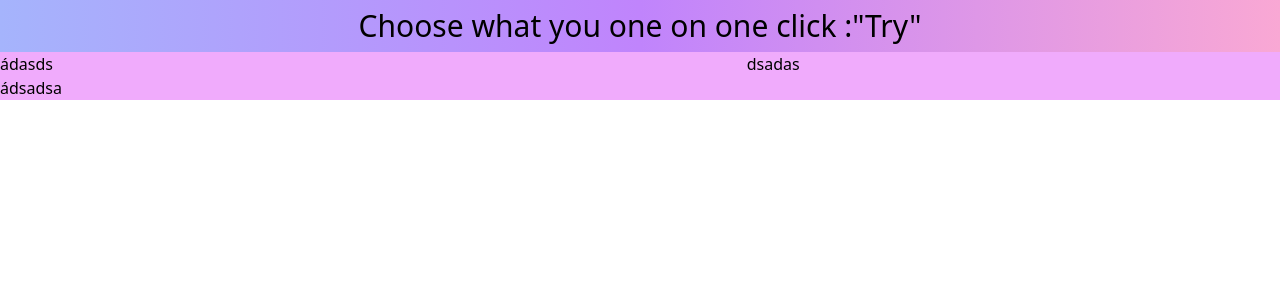
Repository: NguyenVietPhuQuy/ReactJs-TailWind-Redux-FunctionHook-ModelDesign
Page: / (app in modeldesign/)
An editor plug-in stored every save of this project. The page is shown before and after the next save, followed by the edit.
The browser window is 1280 px wide. The pictures show the whole page.
The project was rebuilt for these pictures with package versions that can differ from the ones it lists, and the page was loaded fresh each time. Also part of the build but not shown: modeldesign/src/App.css.

Above is the page before, as saved 2022-11-17 10:30:05.

### modeldesign/src/index.js
import React from 'react';
import ReactDOM from 'react-dom/client';
import './index.css';
import App from './App';
import reportWebVitals from './reportWebVitals';
import {Provider} from 'react-redux'
import store from './Components/Reducer/Store'
const root = ReactDOM.createRoot(document.getElementById('root'));
root.render(
  <React.StrictMode>
    <Provider store ={store}>
    <App />
    </Provider>
  </React.StrictMode>
);

// If you want to start measuring performance in your app, pass a function
// to log results (for example: reportWebVitals(console.log))
// or send to an analytics endpoint. Learn more: https://bit.ly/CRA-vitals
reportWebVitals();

### modeldesign/src/App.js
import './App.css';
import Home from './Components/Home.js'
function App() {
  return (
    <div>
      <Home/>
    </div>
  );
}

export default App;

### modeldesign/src/Components/Reducer/Store.js
import {createStore} from "redux"
import rootReducer from "./RootReducer"

const store = createStore(rootReducer,window.__REDUX_DEVTOOLS_EXTENSION__ && window.__REDUX_DEVTOOLS_EXTENSION__())
export default store

### modeldesign/src/Components/Home.js
import React from "react";
import Header from './Header.js'
import Category from "./Category.js";
import ProductList from "./ProductList.js";
import Model from "./Model.js";
function Home() {
    return (
        <div className="container mx-auto relative bg-fuchsia-300">
            <section className=
            " bg-gradient-to-r from-indigo-300 via-purple-400 to-pink-300 w-full ring-2 ring-transparent">
                    <Header/>
            </section>
            <section className="main flex flex-row">
                <div className="basis-7/12">
                    <Category/>
                    <ProductList/>
                </div>
                <div className="basis-5/12">
                    <Model />
                </div>
            </section>
        </div>
    )
}
export default Home

### modeldesign/src/Components/Reducer/RootReducer.js
import { combineReducers } from "redux";
import ProductReducer from './ProductReducer'

const rootReducer = combineReducers({
    products: ProductReducer,

})

export default rootReducer

### modeldesign/src/Components/Header.js
import React from "react";
function Header(){
    return (
        <div className="text-center text-3xl p-2">
            Choose what you one on one click :"Try"
        </div>
    )
}
export default Header

### modeldesign/src/Components/Category.js
import React from "react";
function Category(){
    return(<div>
        ádasds
    </div>)
}
export default Category

### modeldesign/src/Components/ProductList.js
import React from "react";
function ProductList(){
    return(<div>
ádsadsa
    </div>)
}
export default ProductList

### modeldesign/src/Components/Model.js
import React from "react";
function Model(){
    return(<div>
        dsadas
    </div>)
}
export default Model

### modeldesign/src/Components/Reducer/ProductReducer.js

const initialState = {
    product: [{
        id: 'topcloth_1',
        type: "topclothes",
        name: "Top Cloth 1",
        desc: "Lorem ipsum dolor, sit amet consectetur adipisicing elit. Aliquid, nulla.",
        imgSrc_jpg: 'images/clothes/topcloth1_show.jpg',
        imgSrc_png: 'images/clothes/topcloth1.png',
    },
    {
        id: 'topcloth_2',
        type: "topclothes",
        name: "Top Cloth 2",
        desc: "Lorem ipsum dolor, sit amet consectetur adipisicing elit. Aliquid, nulla.",
        imgSrc_jpg: 'images/clothes/topcloth2_show.jpg',
        imgSrc_png: 'images/clothes/topcloth2.png',
    },
    {
        id: 'topcloth_3',
        type: "topclothes",
        name: "Top Cloth 3",
        desc: "Lorem ipsum dolor, sit amet consectetur adipisicing elit. Aliquid, nulla.",
        imgSrc_jpg: 'images/clothes/topcloth3_show.jpg',
        imgSrc_png: 'images/clothes/topcloth3.png',
    },
    {
        id: 'topcloth_4',
        type: "topclothes",
        name: "Top Cloth 4",
        desc: "Lorem ipsum dolor, sit amet consectetur adipisicing elit. Aliquid, nulla.",
        imgSrc_jpg: 'images/clothes/topcloth4_show.jpg',
        imgSrc_png: 'images/clothes/topcloth4.png',
    },
    {
        id: 'topcloth_5',
        type: "topclothes",
        name: "Top Cloth 5",
        desc: "Lorem ipsum dolor, sit amet consectetur adipisicing elit. Aliquid, nulla.",
        imgSrc_jpg: 'images/clothes/topcloth5_show.jpg',
        imgSrc_png: 'images/clothes/topcloth5.png',
    },
    {
        id: 'topcloth_6',
        type: "topclothes",
        name: "Top Cloth ",
        desc: "Lorem ipsum dolor, sit amet consectetur adipisicing elit. Aliquid, nulla.",
        imgSrc_jpg: 'images/clothes/topcloth6_show.jpg',
        imgSrc_png: 'images/clothes/topcloth6.png',
    },

    // Both clothes
    {
        id: 'botcloth_1',
        type: "botclothes",
        name: "Bot Cloth 1",
        desc: "Lorem ipsum dolor, sit amet consectetur adipisicing elit. Aliquid, nulla.",
        imgSrc_jpg: 'images/clothes/botcloth1_show.jpg',
        imgSrc_png: 'images/clothes/botcloth1.png',
    },
    {
        id: 'botcloth_2',
        type: "botclothes",
        name: "Bot Cloth 2",
        desc: "Lorem ipsum dolor, sit amet consectetur adipisicing elit. Aliquid, nulla.",
        imgSrc_jpg: 'images/clothes/botcloth2_show.jpg',
        imgSrc_png: 'images/clothes/botcloth2.png',
    },
    {
        id: 'botcloth_3',
        type: "botclothes",
        name: "Bot Cloth 3",
        desc: "Lorem ipsum dolor, sit amet consectetur adipisicing elit. Aliquid, nulla.",
        imgSrc_jpg: 'images/clothes/botcloth3_show.jpg',
        imgSrc_png: 'images/clothes/botcloth3.png',
    },
    {
        id: 'botcloth_4',
        type: "botclothes",
        name: "Bot Cloth 4",
        desc: "Lorem ipsum dolor, sit amet consectetur adipisicing elit. Aliquid, nulla.",
        imgSrc_jpg: 'images/clothes/botcloth4_show.jpg',
        imgSrc_png: 'images/clothes/botcloth4.png',
    },
    {
        id: 'botcloth_5',
        type: "botclothes",
        name: "Bot Cloth 5",
        desc: "Lorem ipsum dolor, sit amet consectetur adipisicing elit. Aliquid, nulla.",
        imgSrc_jpg: 'images/clothes/botcloth5_show.jpg',
        imgSrc_png: 'images/clothes/botcloth5.png',
    },

    // Shoes
    {
        id: 'shoes_1',
        type: "shoes",
        name: "Shoes 1",
        desc: "Lorem ipsum dolor, sit amet consectetur adipisicing elit. Aliquid, nulla.",
        imgSrc_jpg: 'images/shoes/shoes1_show.jpg',
        imgSrc_png: 'images/shoes/shoes1.png',
    },
    {
        id: 'shoes_2',
        type: "shoes",
        name: "Shoes 2",
        desc: "Lorem ipsum dolor, sit amet consectetur adipisicing elit. Aliquid, nulla.",
        imgSrc_jpg: 'images/shoes/shoes2_show.jpg',
        imgSrc_png: 'images/shoes/shoes2.png',
    },
    {
        id: 'shoes_3',
        type: "shoes",
        name: "Shoes 3",
        desc: "Lorem ipsum dolor, sit amet consectetur adipisicing elit. Aliquid, nulla.",
        imgSrc_jpg: 'images/shoes/shoes3_show.jpg',
        imgSrc_png: 'images/shoes/shoes3.png',
    },
    {
        id: 'shoes_4',
        type: "shoes",
        name: "Shoes 4",
        desc: "Lorem ipsum dolor, sit amet consectetur adipisicing elit. Aliquid, nulla.",
        imgSrc_jpg: 'images/shoes/shoes4_show.jpg',
        imgSrc_png: 'images/shoes/shoes4.png',
    },
    {
        id: 'shoes_5',
        type: "shoes",
        name: "Shoes 5",
        desc: "Lorem ipsum dolor, sit amet consectetur adipisicing elit. Aliquid, nulla.",
        imgSrc_jpg: 'images/shoes/shoes5_show.jpg',
        imgSrc_png: 'images/shoes/shoes5.png',
    },

    // Handbags
    {
        id: 'handbag_1',
        type: "handbags",
        name: "Handbag 1",
        desc: "Lorem ipsum dolor, sit amet consectetur adipisicing elit. Aliquid, nulla.",
        imgSrc_jpg: 'images/handbags/handbag1_show.jpg',
        imgSrc_png: 'images/handbags/handbag1.png',
    },
    {
        id: 'handbag_2',
        type: "handbags",
        name: "Handbag 2",
        desc: "Lorem ipsum dolor, sit amet consectetur adipisicing elit. Aliquid, nulla.",
        imgSrc_jpg: 'images/handbags/handbag2_show.jpg',
        imgSrc_png: 'images/handbags/handbag2.png',
    },
    {
        id: 'handbag_3',
        type: "handbags",
        name: "Handbag 3",
        desc: "Lorem ipsum dolor, sit amet consectetur adipisicing elit. Aliquid, nulla.",
        imgSrc_jpg: 'images/handbags/handbag3_show.jpg',
        imgSrc_png: 'images/handbags/handbag3.png',
    },

    // Necklaces
    {
        id: 'necklace_1',
        type: "necklaces",
        name: "Necklace 1",
        desc: "Lorem ipsum dolor, sit amet consectetur adipisicing elit. Aliquid, nulla.",
        imgSrc_jpg: 'images/necklaces/necklace1_show.jpg',
        imgSrc_png: 'images/necklaces/necklace1.png',
    },
    {
        id: 'necklace_2',
        type: "necklaces",
        name: "Necklace 2",
        desc: "Lorem ipsum dolor, sit amet consectetur adipisicing elit. Aliquid, nulla.",
        imgSrc_jpg: 'images/necklaces/necklace2_show.jpg',
        imgSrc_png: 'images/necklaces/necklace2.png',
    },
    {
        id: 'necklace_3',
        type: "necklaces",
        name: "Necklace 3",
        desc: "Lorem ipsum dolor, sit amet consectetur adipisicing elit. Aliquid, nulla.",
        imgSrc_jpg: 'images/necklaces/necklace3_show.jpg',
        imgSrc_png: 'images/necklaces/necklace3.png',
    },

    // Hairstyle
    {
        id: 'hairstyle_1',
        type: "hairstyle",
        name: "Hairstyle 1",
        desc: "Lorem ipsum dolor, sit amet consectetur adipisicing elit. Aliquid, nulla.",
        imgSrc_jpg: 'images/hairstyle/hairstyle1_show.jpg',
        imgSrc_png: 'images/hairstyle/hairstyle1.png',
    },
    {
        id: 'hairstyle_2',
        type: "hairstyle",
        name: "Hairstyle 2",
        desc: "Lorem ipsum dolor, sit amet consectetur adipisicing elit. Aliquid, nulla.",
        imgSrc_jpg: 'images/hairstyle/hairstyle2_show.jpg',
        imgSrc_png: 'images/hairstyle/hairstyle2.png',
    },
    {
        id: 'hairstyle_3',
        type: "hairstyle",
        name: "Hairstyle 3",
        desc: "Lorem ipsum dolor, sit amet consectetur adipisicing elit. Aliquid, nulla.",
        imgSrc_jpg: 'images/hairstyle/hairstyle3_show.jpg',
        imgSrc_png: 'images/hairstyle/hairstyle3.png',
    },

    // Background
    {
        id: 'background_1',
        type: "background",
        name: "Background 1",
        desc: "Lorem ipsum dolor, sit amet consectetur adipisicing elit. Aliquid, nulla.",
        imgSrc_jpg: 'images/background/background1_show.jpg',
        imgSrc_png: 'images/background/background1.jpg',
    },
    {
        id: 'background_2',
        type: "background",
        name: "Background 2",
        desc: "Lorem ipsum dolor, sit amet consectetur adipisicing elit. Aliquid, nulla.",
        imgSrc_jpg: 'images/background/background2_show.jpg',
        imgSrc_png: 'images/background/background2.jpg',
    },
    {
        id: 'background_3',
        type: "background",
        name: "Background 3",
        desc: "Lorem ipsum dolor, sit amet consectetur adipisicing elit. Aliquid, nulla.",
        imgSrc_jpg: 'images/background/background3_show.jpg',
        imgSrc_png: 'images/background/background3.jpg',
    },
    {
        id: 'background_4',
        type: "background",
        name: "Background 4",
        desc: "Lorem ipsum dolor, sit amet consectetur adipisicing elit. Aliquid, nulla.",
        imgSrc_jpg: 'images/background/background4_show.jpg',
        imgSrc_png: 'images/background/background4.jpg',
    },
    {
        id: 'background_5',
        type: "background",
        name: "Background 5",
        desc: "Lorem ipsum dolor, sit amet consectetur adipisicing elit. Aliquid, nulla.",
        imgSrc_jpg: 'images/background/background5_show.jpg',
        imgSrc_png: 'images/background/background5.jpg',
    },
    {
        id: 'background_6',
        type: "background",
        name: "Background 6",
        desc: "Lorem ipsum dolor, sit amet consectetur adipisicing elit. Aliquid, nulla.",
        imgSrc_jpg: 'images/background/background6_show.jpg',
        imgSrc_png: 'images/background/background6.jpg',
    },
    {
        id: 'background_7',
        type: "background",
        name: "Background 7",
        desc: "Lorem ipsum dolor, sit amet consectetur adipisicing elit. Aliquid, nulla.",
        imgSrc_jpg: 'images/background/background7_show.jpg',
        imgSrc_png: 'images/background/background7.jpg',
    },
],
}
const ProductReducer = (state =initialState,action)=>{
    return state
}

export default ProductReducer

Loaded but not shown: modeldesign/public/index.html (common file); modeldesign/src/index.css (common file); modeldesign/src/reportWebVitals.js (common file); modeldesign/tailwind.config.js (common file)

After the next save:
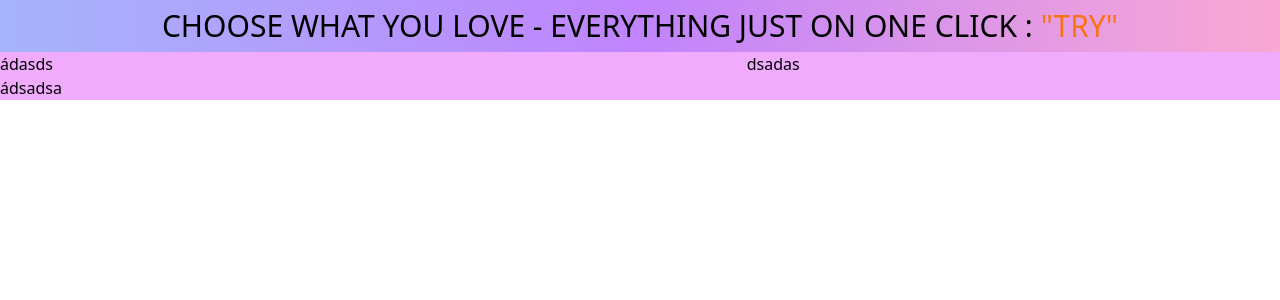
Saved 2 min 17 s later.
--- a/modeldesign/src/Components/Header.js
+++ b/modeldesign/src/Components/Header.js
@@ -2,7 +2,7 @@ import React from "react";
 function Header(){
     return (
         <div className="text-center text-3xl p-2">
-            Choose what you one on one click :"Try"
+            CHOOSE WHAT YOU LOVE - EVERYTHING JUST ON ONE CLICK : <span className="text-orange-500">"TRY" </span>
         </div>
     )
 }
